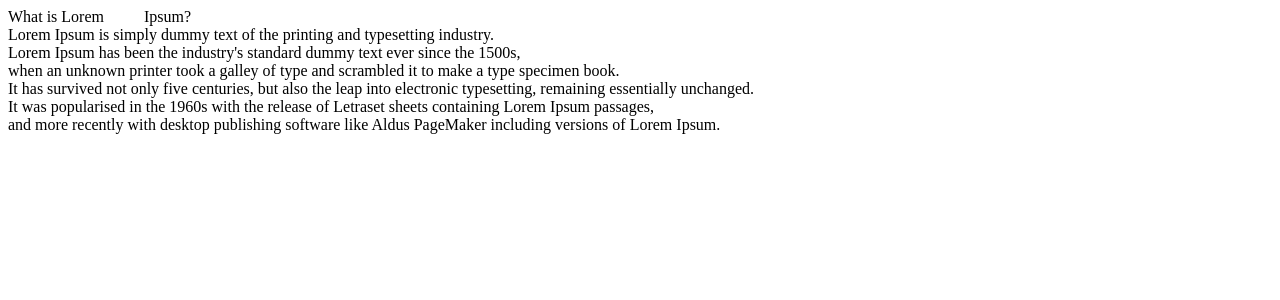
Repository: sangah-park98/jsp-class
Page: k20230503_1_html/src/main/webapp/11_pre.html
The author's editor kept a copy of each file at every save. The page is drawn from the files as they stood at one save, then again after the next save.
The browser window is 1280 px wide. The pictures show the whole page.

Above is the page before, as saved 2023-05-03 04:20:26.

After the next save:
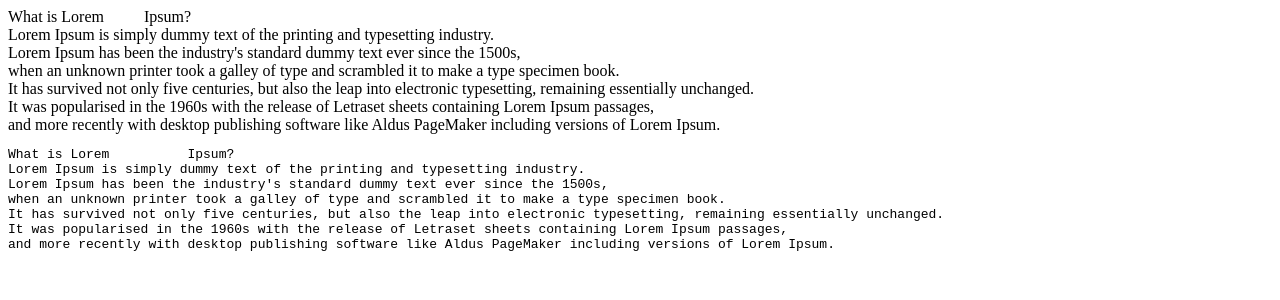
Saved 73 s later.
--- a/k20230503_1_html/src/main/webapp/11_pre.html
+++ b/k20230503_1_html/src/main/webapp/11_pre.html
@@ -20,7 +20,15 @@
 	<pre> 태그는 미리 서식을 지정한 텍스트를 나타내며 브라우저에 입력한 내용 그대로 표현된다.
 -->
 
-
+<pre>
+What is Lorem          Ipsum?
+Lorem Ipsum is simply dummy text of the printing and typesetting industry.
+Lorem Ipsum has been the industry's standard dummy text ever since the 1500s,
+when an unknown printer took a galley of type and scrambled it to make a type specimen book.
+It has survived not only five centuries, but also the leap into electronic typesetting, remaining essentially unchanged.
+It was popularised in the 1960s with the release of Letraset sheets containing Lorem Ipsum passages,
+and more recently with desktop publishing software like Aldus PageMaker including versions of Lorem Ipsum.
+</pre>
 
 
 </body>
